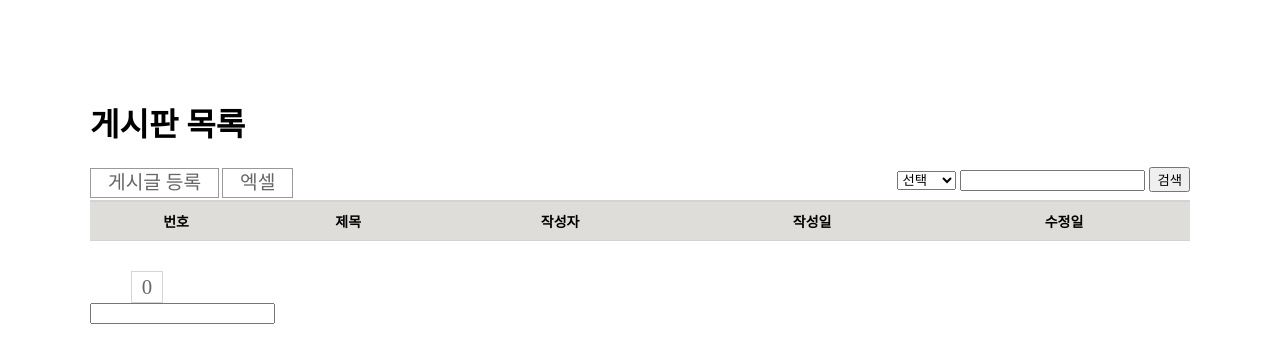
Repository: yeonho1690/Board_mybatis
Page: http://localhost/Board_mysql_/WEB-INF/views/board/list.jsp
These files come from the project's save history. The page is drawn as it stood at one moment and after a run of saves; the edit follows.
The browser window is 1280 px wide. The pictures show the whole page.
The page is served by Tomcat 9. Nobody is signed in. Other server files are loaded and not shown. The template is opened directly, without the code that normally fills it, so the values that code supplies are empty.

Above is the page before, as saved 2022-11-28 06:57:51.
Console error: ReferenceError: $ is not defined

### Board(mysql)/src/main/webapp/WEB-INF/views/board/list.jsp
<%@ page language="java" contentType="text/html; charset=UTF-8"
    pageEncoding="UTF-8"%>
    <%@ taglib uri="http://java.sun.com/jsp/jstl/core" prefix="c" %>
    <%@ taglib prefix="fmt" uri="http://java.sun.com/jsp/jstl/fmt"%>
<!DOCTYPE html>
<html>
<head>
<meta charset="UTF-8">
<title>게시판</title>
<script src="https://code.jquery.com/jquery-3.4.1.js"integrity="sha256-WpOohJOqMqqyKL9FccASB9O0KwACQJpFTUBLTYOVvVU="crossorigin="anonymous"></script>
</head>
<body>
	<div>
		<div class="board-main">
		<h1>게시판 목록</h1>
		<div class="sub_btn_menu">
			<a href="/board/enroll" class="btn_line btn_gray">게시글 등록</a>

			<!-- 엑셀 다운로드 구현 form -->
			<form action="/board/excel/download" method="get">
	            <button type="submit" class="btn_line btn_gray">엑셀</button>
	        </form>

			<div class="search_area" style="float:right">
				<select name="selval">
					<option value=0>선택</option>
					<option value=1>제목</option>
					<option value=2>작성자</option>
				</select>
	            <input type="text" name="keyword" value="${pageVo.page.keyword }">
	            <button>검색</button>
	        </div>

		</div>
		<div class="search_wrap">

	    </div>
			<table>
				<thead style="background-color: #deddd9;">
					<tr >
						<th>번호</th>
						<th>제목</th>
						<th>작성자</th>
						<th>작성일</th>
						<th>수정일</th>
					</tr>
				</thead>
				<tbody>
				<c:forEach items="${list}" var="list">
		            <tr>
		                <td><c:out value="${list.bno}"/></td>
		                <td>
		                	<a class="move" href='<c:out value="${list.bno}"/>'>
								<c:out value="${list.title}"/>
							</a>
		                </td>
		                <td><c:out value="${list.writer}"/></td>
		                <td><fmt:formatDate pattern="yyyy/MM/dd" value="${list.regdate}"/></td>
		                <td><fmt:formatDate pattern="yyyy/MM/dd" value="${list.updateDate}"/></td>
		            </tr>
		        </c:forEach>
		        </tbody>
			</table>
			<div class="pageInfo_wrap" >
		        <div class="list_page">
		        	<ul id="pageInfo" class="pageInfo">
				        <!-- 이전페이지 버튼 -->
		                <c:if test="${pageVo.prev}">
		                    <li class="pageInfo_btn previous"><a href="${pageVo.startPage-1}"><</a></li>
		                </c:if>
		 				<!-- 각 번호 페이지 버튼 -->
                		<c:forEach var="num" begin="${pageVo.startPage}" end="${pageVo.endPage}">
                    		<li class="pageInfo_btn ${pageVo.page.pageNum == num ? "active":"" }"><a href="${num}">${num}</a></li>
                		</c:forEach>
                		<!-- 다음페이지 버튼 -->
		                <c:if test="${pageVo.next}">
		                    <li class="pageInfo_btn next"><a href="${pageVo.endPage + 1 }">></a></li>
		                </c:if>
                	</ul>
		        </div>
    		</div>
    		<form id="moveForm" method="get">
				<input type="hidden" name="pageNum" value="${pageVo.page.pageNum}">
        		<input type="hidden" name="amount" value="${pageVo.page.amount}">
        		<input type="hidden" name="keyword" value="${pageVo.page.keyword}">
        		<input type="text" name="selval">
        	</form>
		</div>
	</div>
</body>
</html>
<script type="text/javascript">

    //알림창 설정
	$(document).ready(function(){

		let result = '<c:out value="${result}"/>';

		checkAlert(result);

		function checkAlert(result){
			if(result === ""){
				return;
			}
			else if(result === "enroll success"){
				alert("등록이 완료되었습니다.");
			}
			else if(result === "modify success"){
				alert("수정이 왼료되었습니다.");
			}
			else if(result === "delete success"){
				alert("삭제가 완료되었습니다.");
			}
		}
	});
	let moveForm = $("#moveForm");

	$(".move").on("click",function(e){
		e.preventDefault();
		moveForm.append("<input type='hidden' name='bno' value='"+ $(this).attr("href")+"'>");
		moveForm.attr("action", "/board/get");
		moveForm.submit();
	});

	$(".pageInfo a").on("click", function(e){
        e.preventDefault();
        moveForm.find("input[name='pageNum']").val($(this).attr("href"));
        moveForm.attr("action", "/board/list");
        moveForm.submit();

    });
	//검색
	$(".search_area button").on("click", function(e){
		e.preventDefault();
		let val = $("input[name='keyword']").val();
		moveForm.find("input[name='keyword']").val(val);
		moveForm.find("input[name='pageNum']").val(1);
		moveForm.submit();
	});


	selval.val = $("select[name=search]").val();




</script>
<style>
.sub_btn_menu .btn_line{display:block;float:left;margin:0 3px 3px 0;padding:0 20px;min-width:66px;width:auto;height:30px;line-height:28px;font-size:1.2em}
.sub_btn_menu .btn_line{margin:1.5px 3px 1.5px 0;padding:0 17px;min-width:50px;background:#fff}
.btn_line{text-decoration:none;display:block;width:170px;height:44px;line-height:42px;text-align:center;font-size:1.8em;color:#fff;font-weight:300;border:1px solid #fff;-webkit-box-sizing:border-box;-moz-box-sizing:border-box;box-sizing:border-box}
.btn_line:hover{color:#666;background:#fff}
.btn_line.btn_gray{color:#666;border-color:#999}
.btn_line.btn_gray:hover{color:#fff;background:#999}
.board-main {width: 1100px;margin: auto;margin-bottom: 300px;padding-top: 70px}
.board-main table {width: 100%;margin: auto;border-collapse: collapse;font-size: 14px;border-top: 2px solid lightgray;border-bottom: 1px solid lightgray}
.board-main thead {height: 40px;background-color: whitesmoke;}
.board-main tbody tr {height: 60px;}
.board-main tbody tr td {border-top: 1px solid lightgray;}
.board-main tbody tr td:nth-child(1) { width: 10%;text-align: center;}
.board-main tbody tr td:nth-child(2) { width: 40%;text-align: center;padding-top: 15px;padding-bottom: 15px;}
.board-main tbody tr td:nth-child(2) a {text-decoration: none;color: black}
.board-main tbody tr td:nth-child(3) {text-align: center;width: 20%}
.board-main tbody tr td:nth-child(4) {text-align: center}
.board-main tbody tr td:nth-child(5) {text-align: center}
a{text-decoration:none}
li{list-style:none}
.active{color:#fff;font-weight:700;border-color:#557096;background:#557096;z-index:20}
.pageInfo {display: flex;}
.list_page a.active{color:#fff;font-weight:700;border-color:#557096;background:#557096;z-index:20}
.list_page{margin-top:30px;height:32px;text-align:center}
.list_page a{display:inline-block;margin:0 1px;width:30px;height:30px;line-height:30px;text-align:center;vertical-align:top;font-size:1.3em;color:#666;border:1px solid #d5d5d5;background:#fff;z-index:10;*display:inline;zoom:1}
.list_page a:hover{color:#fff;font-weight:700;border-color:#557096;background:#557096;z-index:20}
.list_page .first .icon{display:block;width:30px;height:30px;background:url("../img/icon/list_page_first.png") no-repeat center center}
.list_page .prev .icon{display:block;width:30px;height:30px;background:url("../img/icon/list_page_prev.png") no-repeat center center}
.list_page .next .icon{display:block;width:30px;height:30px;background:url("../img/icon/list_page_next.png") no-repeat center center}
.list_page .last .icon{display:block;width:30px;height:30px;background:url("../img/icon/list_page_last.png") no-repeat center center}
.list_page .first:hover .icon{background:url("../img/icon/list_page_first_on.png") no-repeat center center}
.list_page .prev:hover .icon{background:url("../img/icon/list_page_prev_on.png") no-repeat center center}
.list_page .next:hover .icon{background:url("../img/icon/list_page_next_on.png") no-repeat center center}
.list_page .last:hover .icon{background:url("../img/icon/list_page_last_on.png") no-repeat center center}
</style>

After the next 3 saves:
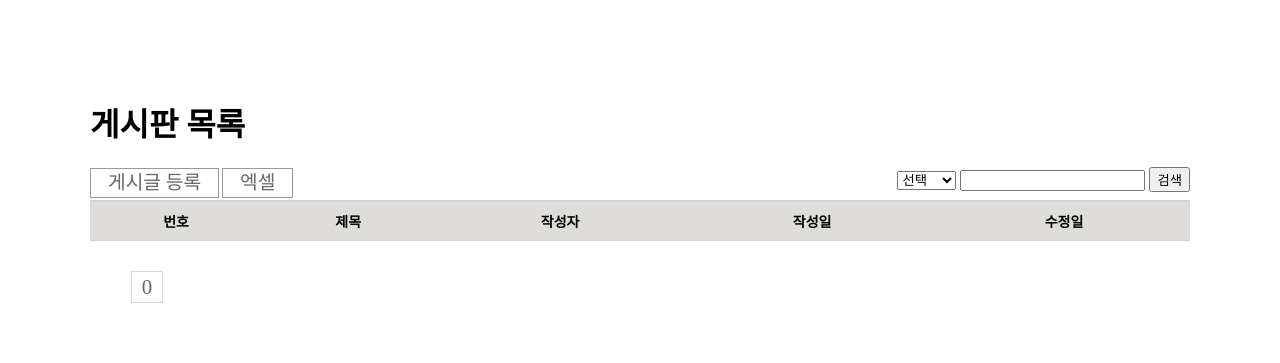
The 3 saves are shown as one change because 2 did not build or start.
The last was saved 2 min 1 s later.
--- a/Board(mysql)/src/main/webapp/WEB-INF/views/board/list.jsp
+++ b/Board(mysql)/src/main/webapp/WEB-INF/views/board/list.jsp
@@ -83,7 +83,6 @@
 				<input type="hidden" name="pageNum" value="${pageVo.page.pageNum}">
         		<input type="hidden" name="amount" value="${pageVo.page.amount}">
         		<input type="hidden" name="keyword" value="${pageVo.page.keyword}">
-        		<input type="text" name="selval">
         	</form>
 		</div>
 	</div>
@@ -139,7 +138,7 @@
 	});
 
 
-	selval.val = $("select[name=search]").val();
+	let sel = $("select[name=search]").val();
 
 
 

After the save that followed:
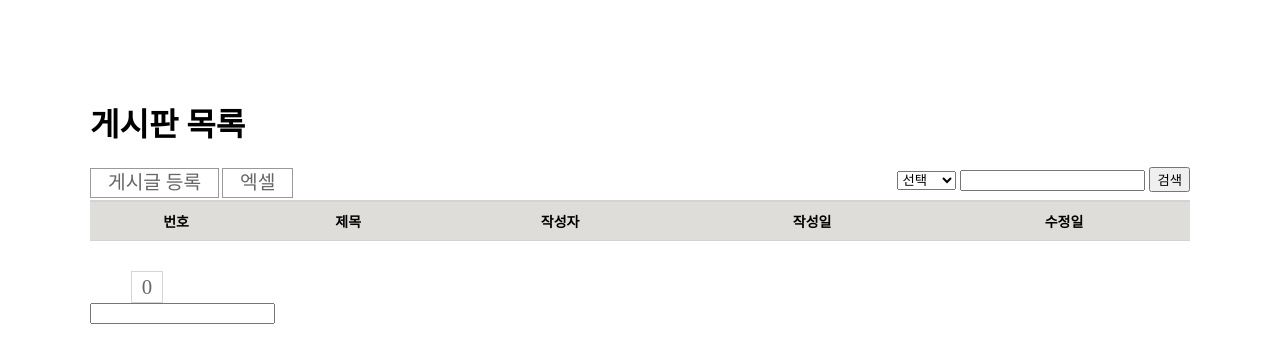
Saved 4 min 17 s later.
--- a/Board(mysql)/src/main/webapp/WEB-INF/views/board/list.jsp
+++ b/Board(mysql)/src/main/webapp/WEB-INF/views/board/list.jsp
@@ -83,6 +83,7 @@
 				<input type="hidden" name="pageNum" value="${pageVo.page.pageNum}">
         		<input type="hidden" name="amount" value="${pageVo.page.amount}">
         		<input type="hidden" name="keyword" value="${pageVo.page.keyword}">
+        		<input type="" name="" value="">
         	</form>
 		</div>
 	</div>
@@ -137,12 +138,6 @@
 		moveForm.submit();
 	});
 
-
-	let sel = $("select[name=search]").val();
-
-
-
-
 </script>
 <style>
 .sub_btn_menu .btn_line{display:block;float:left;margin:0 3px 3px 0;padding:0 20px;min-width:66px;width:auto;height:30px;line-height:28px;font-size:1.2em}
